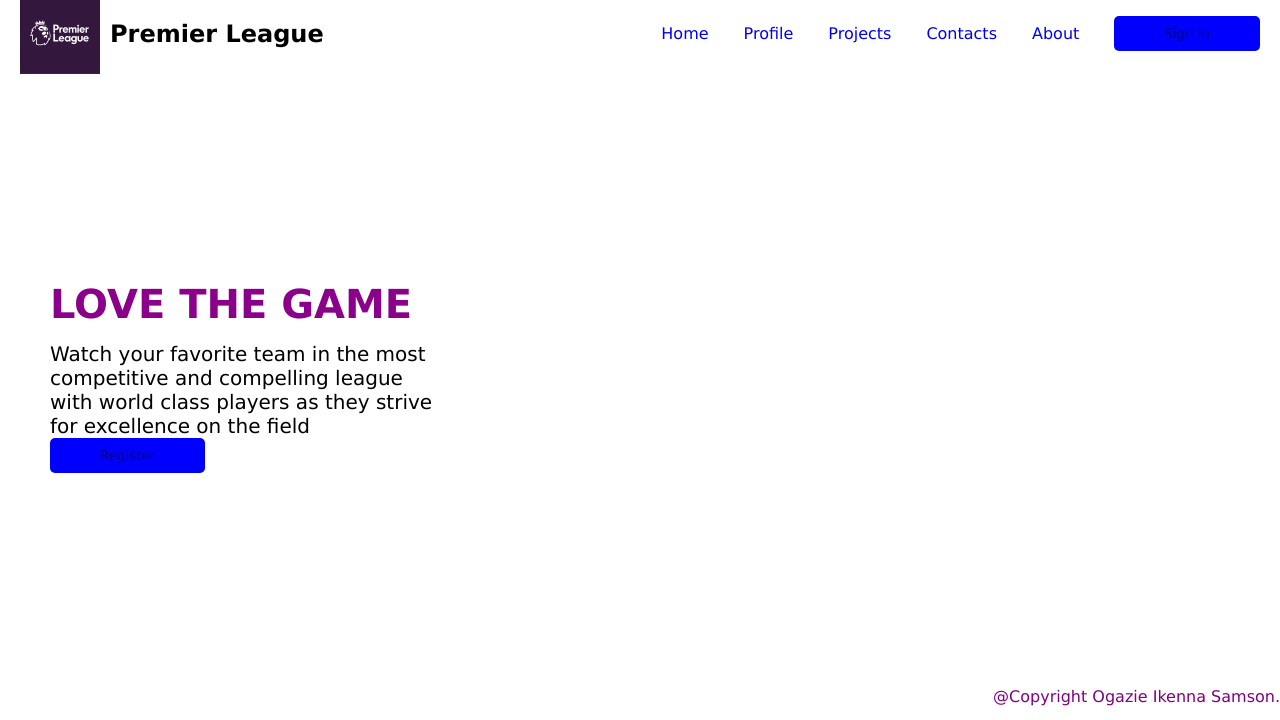
Repository: ogaziesam/simple-landing-page
Page: index.html
The author's editor kept a copy of each file at every save. The page is drawn from the files as they stood at one save, then again after the next save.
The browser window is 1280 px wide. The pictures show the whole page.

Above is the page before, as saved 2023-08-12 21:10:33.

### index.html
<!DOCTYPE html>
<html lang="en">
<head>
    <meta charset="UTF-8">
    <meta name="viewport" content="width=device-width, initial-scale=1.0">
    <title>Landing Page</title>
    <link rel="stylesheet" href="./resources/css/style.css"/>
</head>
<body>
    <nav>
        <div class="heading">
            <img src="./resources/images/premier-league-logo-64B77E2F2E-seeklogo.com.png"
            alt="Logo Image"/>
            <h2 class ="nav_heading">Premier League</h2>
        </div>
        <div class="right_cnt"></div>
        <ul>
            <li><a href="Home">Home</a></li>
            <li><a href="Profile">Profile</a></li>
            <li><a href="Projects">Projects</a></li>
            <li><a href="Contacts">Contacts</a></li>
            <li><a href="About">About</a></li>
            <button>Sign In</button>
        </ul>
    </nav>
    <main>
        <div class="content">
            <h1>LOVE THE GAME</h1>
            <p class="description">
                Watch your favorite team in the most competitive and compelling league with world class players as they strive for excellence on the field
            </p>
            <button>Register</button>
        </div>

    </main>
    <footer class="sticky-footer">
        <p> @Copyright Ogazie Ikenna Samson.</p>
    </footer>

</body>
</html>

### resources/css/style.css
* {
    padding: 0;
    margin: 0;
    font-family: Verdana, Geneva, Tahoma, sans-serif;
}

.logo {
    width:80px;
    height: 80px;
}

body {
    background-image: url(/resources/images/download\ \(5\).jpg)
    background-size: cover;
    background-repeat: no-repeat;
}

nav {
    display:flex;
    align-items: center;
    justify-content: space-between;
    padding: 5px 20px;
    height: 8vh;
    box-shadow: 0 0 10px white;
}

.heading {
    display: flex;
    align-items: center;
    gap: 10px;
}

ul {
    display: flex;
    align-items: center;
    gap: 35px;
}

li {
    list-style: none;
}

a {
    text-decoration: none;
    font-weight: 500;
}

a:hover {
    text-decoration: underline;
}

main {
    display: flex;
    align-items: center;
    justify-content:center;
    height: 86vh;
    width: 500px;

}

.description {
    max-width: 400px;
    font-size: 20px;
    margin-top: 15px;

}

h1 {
    font-size: 40px;
    color: darkmagenta;
}

button {
    padding: 10px 50px;
    color:navy;
    border: none;
    background-color: blue;
    border-radius: 5px;
    cursor: pointer;
}

button:hover{
    background-color: skyblue;
}

.sticky-footer{
    position: sticky;
    display: flex;
    align-items: center;
    justify-content:end;
    color: purple;
}

After the next save:
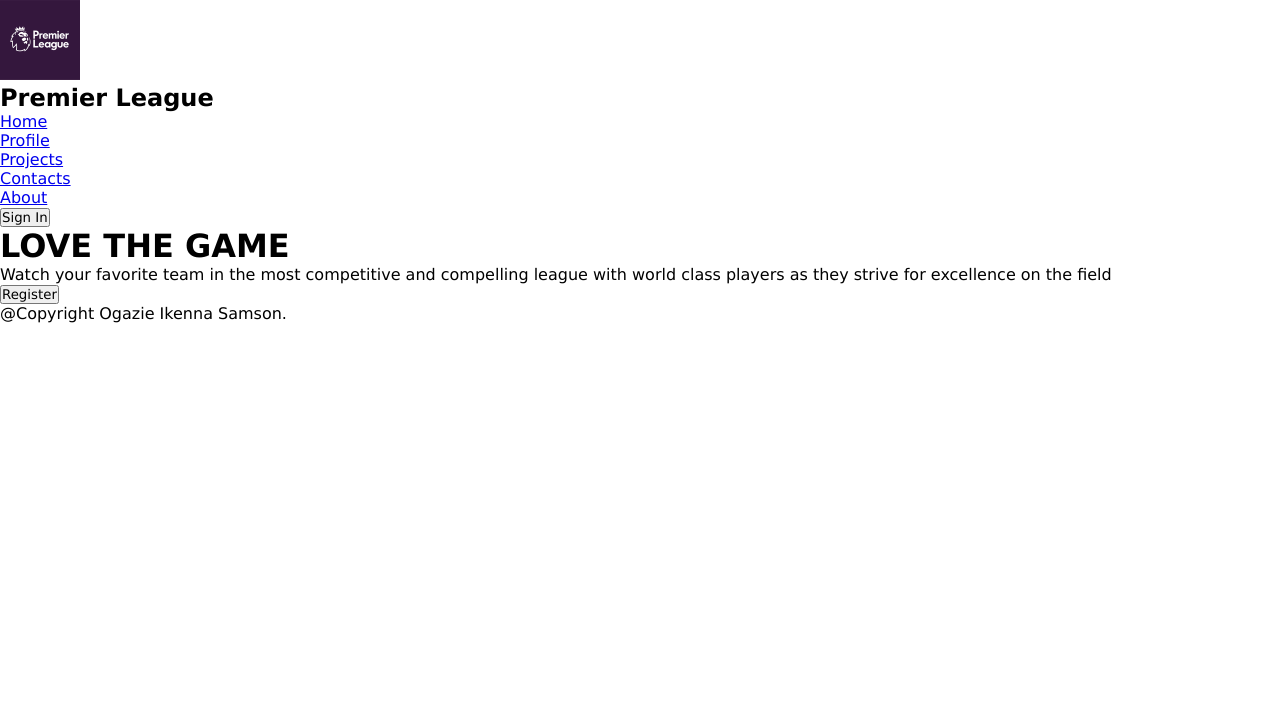
Saved 58 s later.
--- a/resources/css/style.css
+++ b/resources/css/style.css
@@ -10,7 +10,7 @@
 }
 
 body {
-    background-image: url(/resources/images/download\ \(5\).jpg)
+    background-image: url(
     background-size: cover;
     background-repeat: no-repeat;
 }

After the 2 saves that followed:
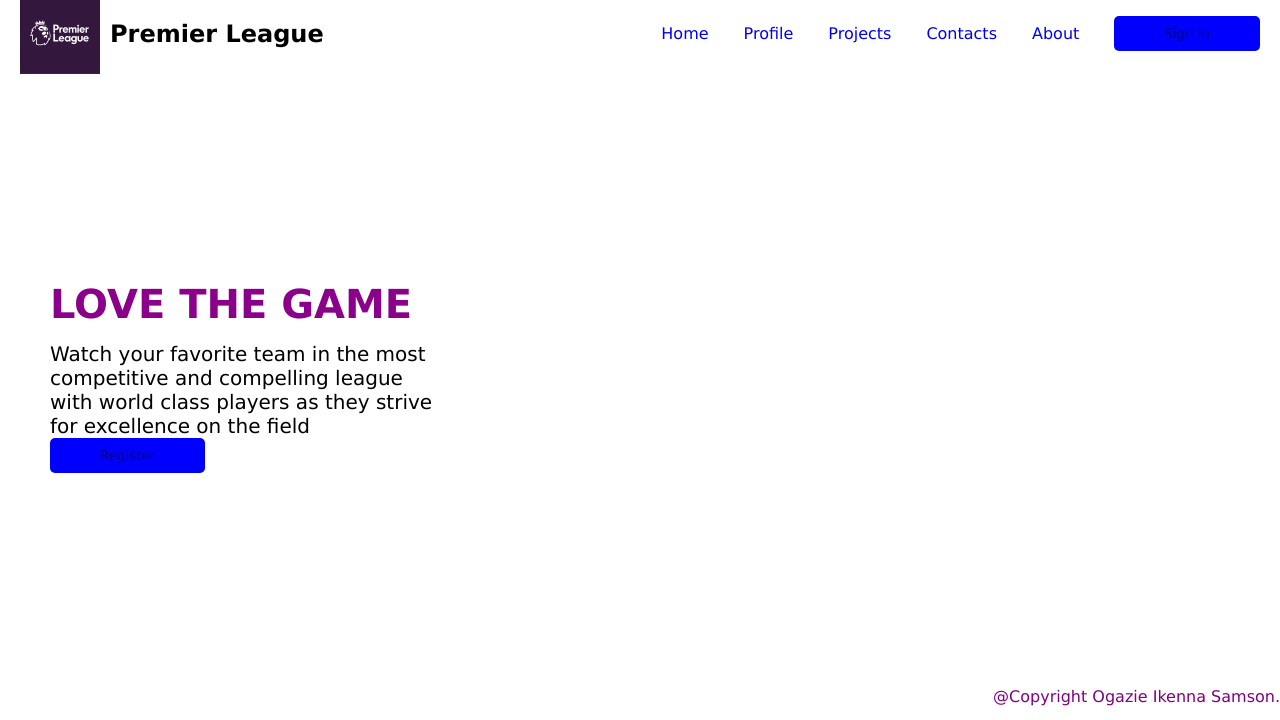
The 2 saves are shown as one change because they came seconds apart.
The last was saved 7 s later.
--- a/resources/css/style.css
+++ b/resources/css/style.css
@@ -10,7 +10,7 @@
 }
 
 body {
-    background-image: url(
+    background-image:
     background-size: cover;
     background-repeat: no-repeat;
 }
